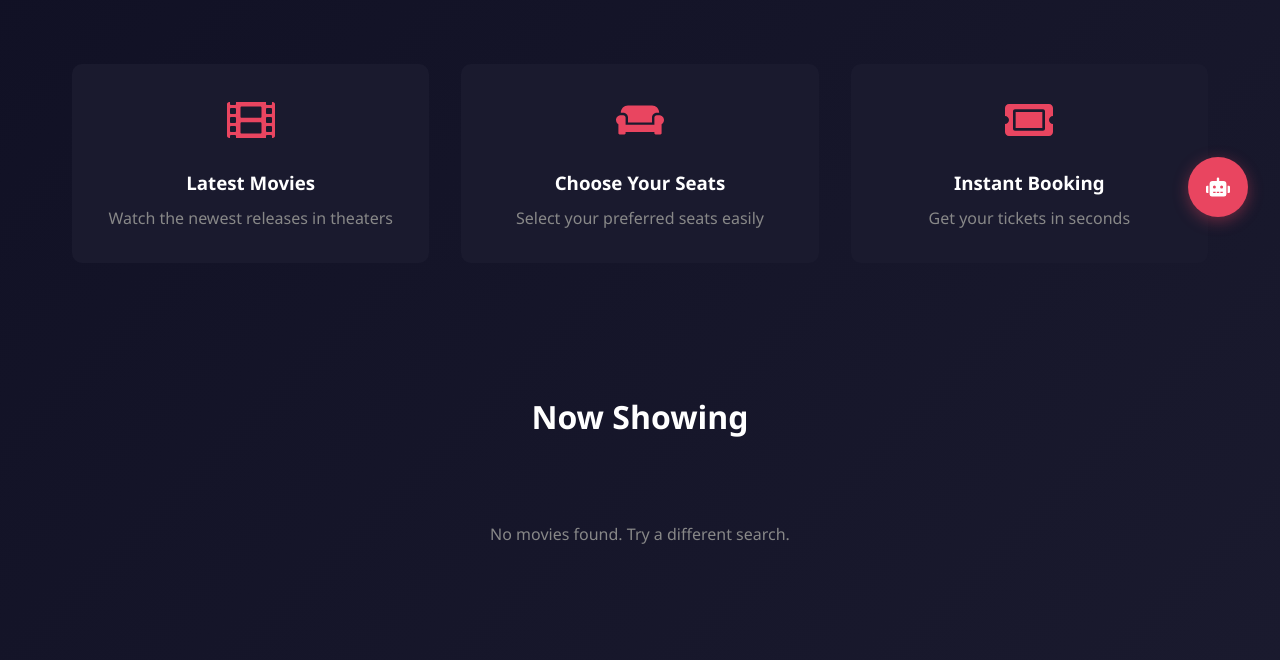
Repository: adithya11sci/movie_ticket_bookings
Page: / (app in frontend/)
An editor plug-in stored every save of this project. The page is shown before and after the next save, followed by the edit.
The browser window is 1280 px wide. The pictures show the part of the page from y = 471 to 1163 px (the page is 1131 px tall before and 1163 px after).
The page's requests for data from a server got no answer. The project was rebuilt for these pictures with package versions that can differ from the ones it lists, and the page was loaded fresh each time. No one was signed in, and anything a server would have sent is missing. Also part of the build but not shown: frontend/vite.config.js, frontend/src/components/MovieCard.css, frontend/src/components/MovieCard.jsx, frontend/src/pages/Auth.css, frontend/src/pages/Login.jsx, frontend/src/pages/Register.jsx, frontend/src/pages/MovieDetails.css, frontend/src/pages/MovieDetails.jsx and 17 more. Imported but missing from the stored project, and not drawn on this page: frontend/src/pages/api/axios, frontend/src/pages/context/AuthContext.

Above is the page before, as saved 2026-02-02 10:13:21.

### frontend/index.html
<!doctype html>
<html lang="en">
  <head>
    <meta charset="UTF-8" />
    <link rel="icon" href="data:[embedded picture, 141 characters]" />
    <meta name="viewport" content="width=device-width, initial-scale=1.0" />
    <title>MovieBook - Book Movie Tickets Online</title>
  </head>
  <body>
    <div id="root"></div>
    <script type="module" src="/src/main.jsx"></script>
  </body>
</html>

### frontend/src/index.css
/* Reset and base styles */
* {
    margin: 0;
    padding: 0;
    box-sizing: border-box;
}

html {
    scroll-behavior: smooth;
}

body {
    font-family: 'Segoe UI', Tahoma, Geneva, Verdana, sans-serif;
    -webkit-font-smoothing: antialiased;
    -moz-osx-font-smoothing: grayscale;
    background: #0f0f23;
    color: #fff;
    line-height: 1.6;
    min-height: 100vh;
}

#root {
    min-height: 100vh;
}

### frontend/src/App.jsx
import { BrowserRouter as Router, Routes, Route } from 'react-router-dom';
import { ToastContainer } from 'react-toastify';
import 'react-toastify/dist/ReactToastify.css';
import { AuthProvider } from './context/AuthContext';

// Components
import Navbar from './components/Navbar';
import Chatbot from './components/Chatbot';

// Pages
import Home from './pages/Home';
import Login from './pages/Login';
import Register from './pages/Register';
import MovieDetails from './pages/MovieDetails';
import BookingPage from './pages/BookingPage';
import PaymentPage from './pages/PaymentPage';
import MyBookings from './pages/MyBookings';

// Admin Pages
import AdminDashboard from './pages/admin/AdminDashboard';
import ManageMovies from './pages/admin/ManageMovies';
import ManageTheaters from './pages/admin/ManageTheaters';
import ManageShowtimes from './pages/admin/ManageShowtimes';
import ManageBookings from './pages/admin/ManageBookings';
import ManageUsers from './pages/admin/ManageUsers';

import './App.css';

function App() {
    return (
        <AuthProvider>
            <Router>
                <div className="app">
                    <Navbar />
                    <main>
                        <Routes>
                            <Route path="/" element={<Home />} />
                            <Route path="/login" element={<Login />} />
                            <Route path="/register" element={<Register />} />
                            <Route path="/movie/:id" element={<MovieDetails />} />
                            <Route path="/movies" element={<Home />} />
                            <Route path="/booking/:showtimeId" element={<BookingPage />} />
                            <Route path="/payment/:bookingId" element={<PaymentPage />} />
                            <Route path="/my-bookings" element={<MyBookings />} />

                            {/* Admin Routes */}
                            <Route path="/admin" element={<AdminDashboard />} />
                            <Route path="/admin/movies" element={<ManageMovies />} />
                            <Route path="/admin/theaters" element={<ManageTheaters />} />
                            <Route path="/admin/showtimes" element={<ManageShowtimes />} />
                            <Route path="/admin/bookings" element={<ManageBookings />} />
                            <Route path="/admin/users" element={<ManageUsers />} />
                        </Routes>
                    </main>
                    <Chatbot />
                    <ToastContainer
                        position="top-right"
                        autoClose={3000}
                        theme="dark"
                    />
                </div>
            </Router>
        </AuthProvider>
    );
}

export default App;

### frontend/src/context/AuthContext.jsx
import { createContext, useState, useEffect } from 'react';

export const AuthContext = createContext();

export const AuthProvider = ({ children }) => {
    const [user, setUser] = useState(null);
    const [loading, setLoading] = useState(true);

    // check if user is already logged in
    useEffect(() => {
        const storedUser = localStorage.getItem('user');
        if (storedUser) {
            setUser(JSON.parse(storedUser));
        }
        setLoading(false);
    }, []);

    // login function
    const login = (userData) => {
        setUser(userData);
        localStorage.setItem('user', JSON.stringify(userData));
    };

    // logout function
    const logout = () => {
        setUser(null);
        localStorage.removeItem('user');
    };

    return (
        <AuthContext.Provider value={{ user, login, logout, loading }}>
            {children}
        </AuthContext.Provider>
    );
};

### frontend/src/components/Navbar.jsx
import { Link, useNavigate } from 'react-router-dom';
import { useContext } from 'react';
import { AuthContext } from '../context/AuthContext';
import { FaFilm, FaUser, FaSignOutAlt } from 'react-icons/fa';
import './Navbar.css';

const Navbar = () => {
    const { user, logout } = useContext(AuthContext);
    const navigate = useNavigate();

    const handleLogout = () => {
        logout();
        navigate('/');
    };

    return (
        <nav className="navbar">
            <div className="nav-container">
                <Link to="/" className="nav-logo">
                    <FaFilm /> MovieBook
                </Link>

                <div className="nav-links">
                    <Link to="/" className="nav-link">Home</Link>
                    <Link to="/movies" className="nav-link">Movies</Link>

                    {user ? (
                        <>
                            <Link to="/my-bookings" className="nav-link">My Bookings</Link>
                            {user.role === 'admin' && (
                                <Link to="/admin" className="nav-link">Admin</Link>
                            )}
                            <div className="user-menu">
                                <span className="user-name">
                                    <FaUser /> {user.name}
                                </span>
                                <button onClick={handleLogout} className="logout-btn">
                                    <FaSignOutAlt /> Logout
                                </button>
                            </div>
                        </>
                    ) : (
                        <>
                            <Link to="/login" className="nav-link">Login</Link>
                            <Link to="/register" className="nav-link btn-register">Sign Up</Link>
                        </>
                    )}
                </div>
            </div>
        </nav>
    );
};

export default Navbar;

### frontend/src/components/Chatbot.jsx
import { useState } from 'react';
import { FaRobot, FaTimes, FaPaperPlane } from 'react-icons/fa';
import './Chatbot.css';

const Chatbot = () => {
    const [isOpen, setIsOpen] = useState(false);
    const [messages, setMessages] = useState([
        { type: 'bot', text: 'Hi! Im MovieBot 🎬 How can I help you with movie ticket booking today?' }
    ]);
    const [inputText, setInputText] = useState('');

    // simple chatbot responses - rule based
    const getBotResponse = (userMessage) => {
        const msg = userMessage.toLowerCase();

        // greetings
        if (msg.includes('hello') || msg.includes('hi') || msg.includes('hey')) {
            return 'Hello! Welcome to MovieBook. How can I assist you today?';
        }

        // booking related
        if (msg.includes('book') || msg.includes('ticket')) {
            return 'To book tickets: \n1. Browse movies on the home page\n2. Click on a movie to see showtimes\n3. Select your preferred showtime\n4. Choose your seats\n5. Proceed to payment\n\nWould you like to know anything else?';
        }

        // cancel booking
        if (msg.includes('cancel')) {
            return 'To cancel a booking:\n1. Go to "My Bookings" in the navigation\n2. Find the booking you want to cancel\n3. Click the "Cancel" button\n\nNote: Cancellations may be subject to our refund policy.';
        }

        // payment
        if (msg.includes('payment') || msg.includes('pay')) {
            return 'We accept various payment methods including credit/debit cards. Your payment is secure and encrypted. If payment fails, please try again or contact support.';
        }

        // seats
        if (msg.includes('seat')) {
            return 'You can select your preferred seats during the booking process. Green seats are available, red ones are already booked. Click on the seats you want and they will be highlighted.';
        }

        // refund
        if (msg.includes('refund')) {
            return 'Refunds are processed within 5-7 business days after cancellation. The amount will be credited to your original payment method.';
        }

        // showtimes
        if (msg.includes('showtime') || msg.includes('timing') || msg.includes('time')) {
            return 'Showtimes vary by movie and theater. Select a movie from our homepage to view all available showtimes and theaters.';
        }

        // account
        if (msg.includes('account') || msg.includes('register') || msg.includes('signup') || msg.includes('login')) {
            return 'You can create an account by clicking "Sign Up" in the navigation bar. If you already have an account, click "Login" to access your profile and bookings.';
        }

        // price
        if (msg.includes('price') || msg.includes('cost') || msg.includes('charge')) {
            return 'Ticket prices vary by movie, theater, and seat type. Regular seats and premium seats have different pricing. You can see the exact price when selecting showtimes.';
        }

        // help
        if (msg.includes('help')) {
            return 'I can help you with:\n• Booking tickets\n• Cancellation process\n• Payment queries\n• Seat selection\n• Account related issues\n\nJust ask me anything!';
        }

        // thank you
        if (msg.includes('thank') || msg.includes('thanks')) {
            return 'You\'re welcome! Enjoy your movie! 🍿🎬';
        }

        // bye
        if (msg.includes('bye') || msg.includes('goodbye')) {
            return 'Goodbye! Have a great day and enjoy your movies! 🎬';
        }

        // default response
        return 'I\'m not sure about that. I can help you with booking tickets, cancellations, payments, and seat selection. Could you please rephrase your question or type "help" to see what I can assist with?';
    };

    const handleSend = () => {
        if (!inputText.trim()) return;

        // add user message
        const userMsg = { type: 'user', text: inputText };
        setMessages(prev => [...prev, userMsg]);

        // get bot response after small delay
        setTimeout(() => {
            const botResponse = getBotResponse(inputText);
            setMessages(prev => [...prev, { type: 'bot', text: botResponse }]);
        }, 500);

        setInputText('');
    };

    const handleKeyPress = (e) => {
        if (e.key === 'Enter') {
            handleSend();
        }
    };

    return (
        <div className="chatbot-container">
            {/* chat toggle button */}
            <button
                className={`chat-toggle ${isOpen ? 'active' : ''}`}
                onClick={() => setIsOpen(!isOpen)}
            >
                {isOpen ? <FaTimes /> : <FaRobot />}
            </button>

            {/* chat window */}
            {isOpen && (
                <div className="chat-window">
                    <div className="chat-header">
                        <FaRobot />
                        <span>MovieBot</span>
                    </div>

                    <div className="chat-messages">
                        {messages.map((msg, index) => (
                            <div key={index} className={`message ${msg.type}`}>
                                <p>{msg.text}</p>
                            </div>
                        ))}
                    </div>

                    <div className="chat-input">
                        <input
                            type="text"
                            value={inputText}
                            onChange={(e) => setInputText(e.target.value)}
                            onKeyPress={handleKeyPress}
                            placeholder="Ask me anything..."
                        />
                        <button onClick={handleSend}>
                            <FaPaperPlane />
                        </button>
                    </div>
                </div>
            )}
        </div>
    );
};

export default Chatbot;

### frontend/src/pages/Home.jsx
import { useState, useEffect } from 'react';
import { Link } from 'react-router-dom';
import API from '../api/axios';
import MovieCard from '../components/MovieCard';
import { FaSearch, FaFilm, FaTicketAlt, FaCouch } from 'react-icons/fa';
import './Home.css';

const Home = () => {
    const [movies, setMovies] = useState([]);
    const [loading, setLoading] = useState(true);
    const [searchQuery, setSearchQuery] = useState('');

    useEffect(() => {
        fetchMovies();
    }, []);

    const fetchMovies = async () => {
        try {
            const res = await API.get('/movies');
            setMovies(res.data);
        } catch (error) {
            console.log('Error fetching movies:', error);
        } finally {
            setLoading(false);
        }
    };

    const handleSearch = async (e) => {
        e.preventDefault();
        if (!searchQuery.trim()) {
            fetchMovies();
            return;
        }
        try {
            const res = await API.get(`/movies/search?query=${searchQuery}`);
            setMovies(res.data);
        } catch (error) {
            console.log('Search error:', error);
        }
    };

    return (
        <div className="home">
            {/* hero section */}
            <section className="hero">
                <div className="hero-content">
                    <h1>Book Your Movie Tickets</h1>
                    <p>Experience the magic of cinema with our easy booking system</p>

                    <form className="search-form" onSubmit={handleSearch}>
                        <input
                            type="text"
                            placeholder="Search movies by title or genre..."
                            value={searchQuery}
                            onChange={(e) => setSearchQuery(e.target.value)}
                        />
                        <button type="submit">
                            <FaSearch /> Search
                        </button>
                    </form>
                </div>
            </section>

            {/* features section */}
            <section className="features">
                <div className="feature">
                    <FaFilm className="feature-icon" />
                    <h3>Latest Movies</h3>
                    <p>Watch the newest releases in theaters</p>
                </div>
                <div className="feature">
                    <FaCouch className="feature-icon" />
                    <h3>Choose Your Seats</h3>
                    <p>Select your preferred seats easily</p>
                </div>
                <div className="feature">
                    <FaTicketAlt className="feature-icon" />
                    <h3>Instant Booking</h3>
                    <p>Get your tickets in seconds</p>
                </div>
            </section>

            {/* now showing section */}
            <section className="movies-section">
                <h2>Now Showing</h2>

                {loading ? (
                    <div className="loading">Loading movies...</div>
                ) : movies.length > 0 ? (
                    <div className="movies-grid">
                        {movies.map(movie => (
                            <MovieCard key={movie._id} movie={movie} />
                        ))}
                    </div>
                ) : (
                    <div className="no-movies">
                        <p>No movies found. Try a different search.</p>
                    </div>
                )}
            </section>
        </div>
    );
};

export default Home;

### frontend/src/App.css
/* Global App Styles */
* {
    margin: 0;
    padding: 0;
    box-sizing: border-box;
}

body {
    font-family: 'Segoe UI', Tahoma, Geneva, Verdana, sans-serif;
    background: #0f0f23;
    color: #fff;
}

.app {
    min-height: 100vh;
    background: linear-gradient(135deg, #0f0f23 0%, #1a1a2e 100%);
}

main {
    min-height: calc(100vh - 70px);
}

a {
    text-decoration: none;
}

/* loading and error pages */
.loading-page, .error-page {
    display: flex;
    align-items: center;
    justify-content: center;
    height: 50vh;
    color: #888;
    font-size: 1.2rem;
}

/* scrollbar styles */
::-webkit-scrollbar {
    width: 8px;
}

::-webkit-scrollbar-track {
    background: #1a1a2e;
}

::-webkit-scrollbar-thumb {
    background: #e94560;
    border-radius: 5px;
}
}

### frontend/src/components/Navbar.css
.navbar {
    background: linear-gradient(135deg, #1a1a2e 0%, #16213e 100%);
    padding: 1rem 2rem;
    position: sticky;
    top: 0;
    z-index: 1000;
    box-shadow: 0 2px 10px rgba(0, 0, 0, 0.3);
}

.nav-container {
    max-width: 1200px;
    margin: 0 auto;
    display: flex;
    justify-content: space-between;
    align-items: center;
}

.nav-logo {
    color: #e94560;
    font-size: 1.5rem;
    font-weight: bold;
    text-decoration: none;
    display: flex;
    align-items: center;
    gap: 0.5rem;
}

.nav-links {
    display: flex;
    align-items: center;
    gap: 1.5rem;
}

.nav-link {
    color: #fff;
    text-decoration: none;
    font-size: 1rem;
    transition: color 0.3s;
}

.nav-link:hover {
    color: #e94560;
}

.btn-register {
    background: #e94560;
    padding: 0.5rem 1rem;
    border-radius: 5px;
}

.btn-register:hover {
    background: #ff6b6b;
    color: #fff;
}

.user-menu {
    display: flex;
    align-items: center;
    gap: 1rem;
}

.user-name {
    color: #fff;
    display: flex;
    align-items: center;
    gap: 0.5rem;
}

.logout-btn {
    background: transparent;
    border: 1px solid #e94560;
    color: #e94560;
    padding: 0.4rem 0.8rem;
    border-radius: 5px;
    cursor: pointer;
    display: flex;
    align-items: center;
    gap: 0.3rem;
    transition: all 0.3s;
}

.logout-btn:hover {
    background: #e94560;
    color: #fff;
}

### frontend/src/components/Chatbot.css
.chatbot-container {
    position: fixed;
    bottom: 2rem;
    right: 2rem;
    z-index: 999;
}

.chat-toggle {
    width: 60px;
    height: 60px;
    border-radius: 50%;
    background: #e94560;
    color: #fff;
    border: none;
    font-size: 1.5rem;
    cursor: pointer;
    display: flex;
    align-items: center;
    justify-content: center;
    box-shadow: 0 4px 15px rgba(233, 69, 96, 0.4);
    transition: all 0.3s;
}

.chat-toggle:hover {
    transform: scale(1.1);
}

.chat-toggle.active {
    background: #2d3436;
}

.chat-window {
    position: absolute;
    bottom: 80px;
    right: 0;
    width: 350px;
    height: 450px;
    background: #1a1a2e;
    border-radius: 15px;
    box-shadow: 0 10px 30px rgba(0, 0, 0, 0.5);
    display: flex;
    flex-direction: column;
    overflow: hidden;
}

.chat-header {
    background: linear-gradient(135deg, #e94560, #16213e);
    padding: 1rem;
    display: flex;
    align-items: center;
    gap: 0.5rem;
    color: #fff;
    font-weight: bold;
}

.chat-messages {
    flex: 1;
    padding: 1rem;
    overflow-y: auto;
    display: flex;
    flex-direction: column;
    gap: 0.8rem;
}

.message {
    max-width: 80%;
    padding: 0.8rem 1rem;
    border-radius: 15px;
    line-height: 1.4;
    white-space: pre-line;
}

.message.bot {
    background: #16213e;
    color: #fff;
    align-self: flex-start;
    border-bottom-left-radius: 5px;
}

.message.user {
    background: #e94560;
    color: #fff;
    align-self: flex-end;
    border-bottom-right-radius: 5px;
}

.chat-input {
    padding: 1rem;
    background: #16213e;
    display: flex;
    gap: 0.5rem;
}

.chat-input input {
    flex: 1;
    padding: 0.8rem 1rem;
    border: none;
    border-radius: 25px;
    background: #1a1a2e;
    color: #fff;
    font-size: 0.9rem;
}

.chat-input input:focus {
    outline: none;
}

.chat-input input::placeholder {
    color: #636e72;
}

.chat-input button {
    width: 40px;
    height: 40px;
    border-radius: 50%;
    background: #e94560;
    color: #fff;
    border: none;
    cursor: pointer;
    display: flex;
    align-items: center;
    justify-content: center;
    transition: background 0.3s;
}

.chat-input button:hover {
    background: #ff6b6b;
}

/* scrollbar styles */
.chat-messages::-webkit-scrollbar {
    width: 5px;
}

.chat-messages::-webkit-scrollbar-track {
    background: #16213e;
}

.chat-messages::-webkit-scrollbar-thumb {
    background: #e94560;
    border-radius: 5px;
}

/* responsive */
@media (max-width: 480px) {
    .chat-window {
        width: calc(100vw - 2rem);
        right: -1rem;
    }
}

### frontend/src/pages/Home.css
.home {
    min-height: 100vh;
}

/* hero section */
.hero {
    background: linear-gradient(135deg, rgba(26, 26, 46, 0.9), rgba(22, 33, 62, 0.9)),
                url('https://images.unsplash.com/photo-1489599849927-2ee91cede3ba?w=1920') center/cover;
    padding: 6rem 2rem;
    text-align: center;
}

.hero-content h1 {
    font-size: 3rem;
    color: #fff;
    margin-bottom: 1rem;
}

.hero-content p {
    color: #888;
    font-size: 1.2rem;
    margin-bottom: 2rem;
}

.search-form {
    display: flex;
    max-width: 600px;
    margin: 0 auto;
    gap: 0.5rem;
}

.search-form input {
    flex: 1;
    padding: 1rem;
    border: none;
    border-radius: 5px;
    font-size: 1rem;
    background: #fff;
}

.search-form button {
    background: #e94560;
    color: #fff;
    border: none;
    padding: 1rem 2rem;
    border-radius: 5px;
    cursor: pointer;
    display: flex;
    align-items: center;
    gap: 0.5rem;
    font-size: 1rem;
    transition: background 0.3s;
}

.search-form button:hover {
    background: #ff6b6b;
}

/* features */
.features {
    display: grid;
    grid-template-columns: repeat(auto-fit, minmax(250px, 1fr));
    gap: 2rem;
    padding: 4rem 2rem;
    max-width: 1200px;
    margin: 0 auto;
}

.feature {
    text-align: center;
    padding: 2rem;
    background: #1a1a2e;
    border-radius: 10px;
}

.feature-icon {
    font-size: 3rem;
    color: #e94560;
    margin-bottom: 1rem;
}

.feature h3 {
    color: #fff;
    margin-bottom: 0.5rem;
}

.feature p {
    color: #888;
}

/* movies section */
.movies-section {
    padding: 4rem 2rem;
    max-width: 1200px;
    margin: 0 auto;
}

.movies-section h2 {
    color: #fff;
    font-size: 2rem;
    margin-bottom: 2rem;
    text-align: center;
}

.movies-grid {
    display: grid;
    grid-template-columns: repeat(auto-fill, minmax(220px, 1fr));
    gap: 2rem;
}

.loading, .no-movies {
    text-align: center;
    color: #888;
    padding: 3rem;
}

### frontend/src/pages/Movies.css
.movies-page {
    min-height: 100vh;
    padding: 2rem;
    max-width: 1200px;
    margin: 0 auto;
}

.movies-header {
    margin-bottom: 2rem;
}

.movies-header h1 {
    color: #fff;
    margin-bottom: 1.5rem;
}

.filters {
    display: flex;
    gap: 1rem;
    flex-wrap: wrap;
}

.search-box {
    flex: 1;
    min-width: 250px;
    display: flex;
    align-items: center;
    background: #1a1a2e;
    padding: 0.8rem 1rem;
    border-radius: 8px;
    gap: 0.5rem;
}

.search-box svg {
    color: #888;
}

.search-box input {
    flex: 1;
    background: none;
    border: none;
    color: #fff;
    font-size: 1rem;
    outline: none;
}

.genre-filter {
    display: flex;
    align-items: center;
    background: #1a1a2e;
    padding: 0.8rem 1rem;
    border-radius: 8px;
    gap: 0.5rem;
}

.genre-filter svg {
    color: #888;
}

.genre-filter select {
    background: none;
    border: none;
    color: #fff;
    font-size: 1rem;
    outline: none;
    cursor: pointer;
}

.genre-filter select option {
    background: #1a1a2e;
    color: #fff;
}

.movies-grid {
    display: grid;
    grid-template-columns: repeat(auto-fill, minmax(220px, 1fr));
    gap: 2rem;
}

.loading, .no-movies {
    text-align: center;
    color: #888;
    padding: 4rem;
}

Loaded but not shown: frontend/src/main.jsx (common file); frontend/src/api/axios.js (21 lines, source omitted)

After the next save:
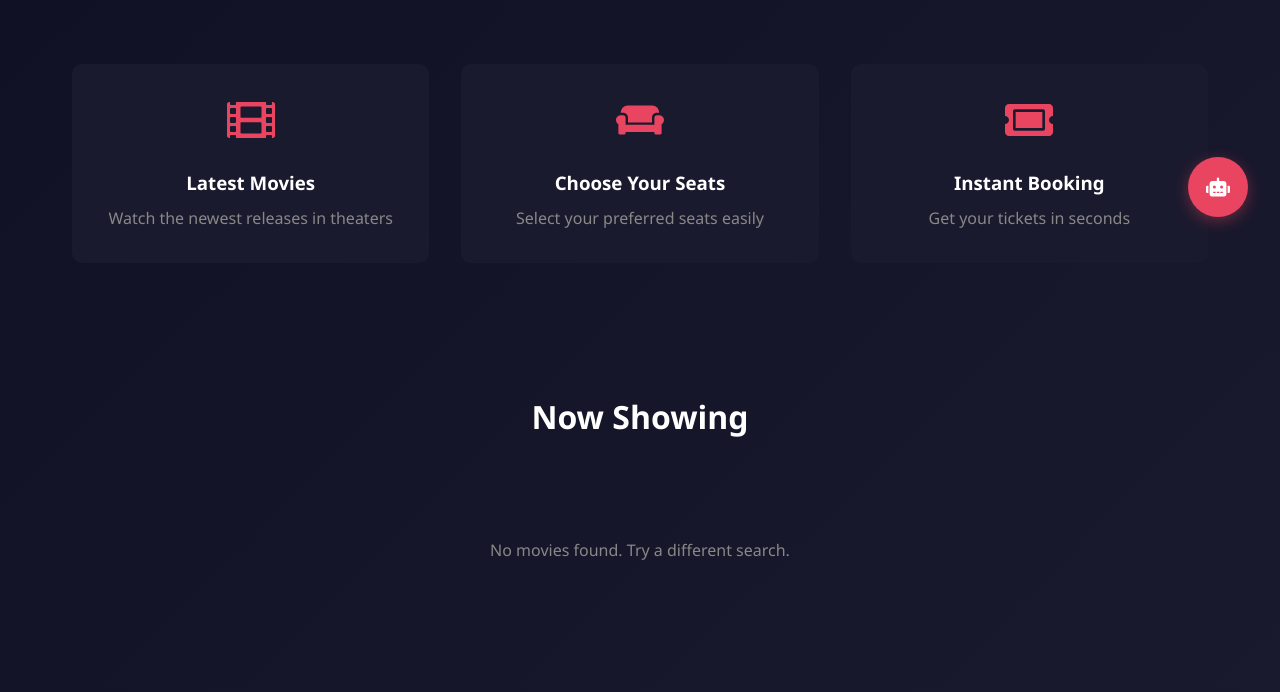
Saved 6 s later.
--- a/frontend/src/App.jsx
+++ b/frontend/src/App.jsx
@@ -9,6 +9,7 @@ import Chatbot from './components/Chatbot';
 
 // Pages
 import Home from './pages/Home';
+import Movies from './pages/Movies';
 import Login from './pages/Login';
 import Register from './pages/Register';
 import MovieDetails from './pages/MovieDetails';
